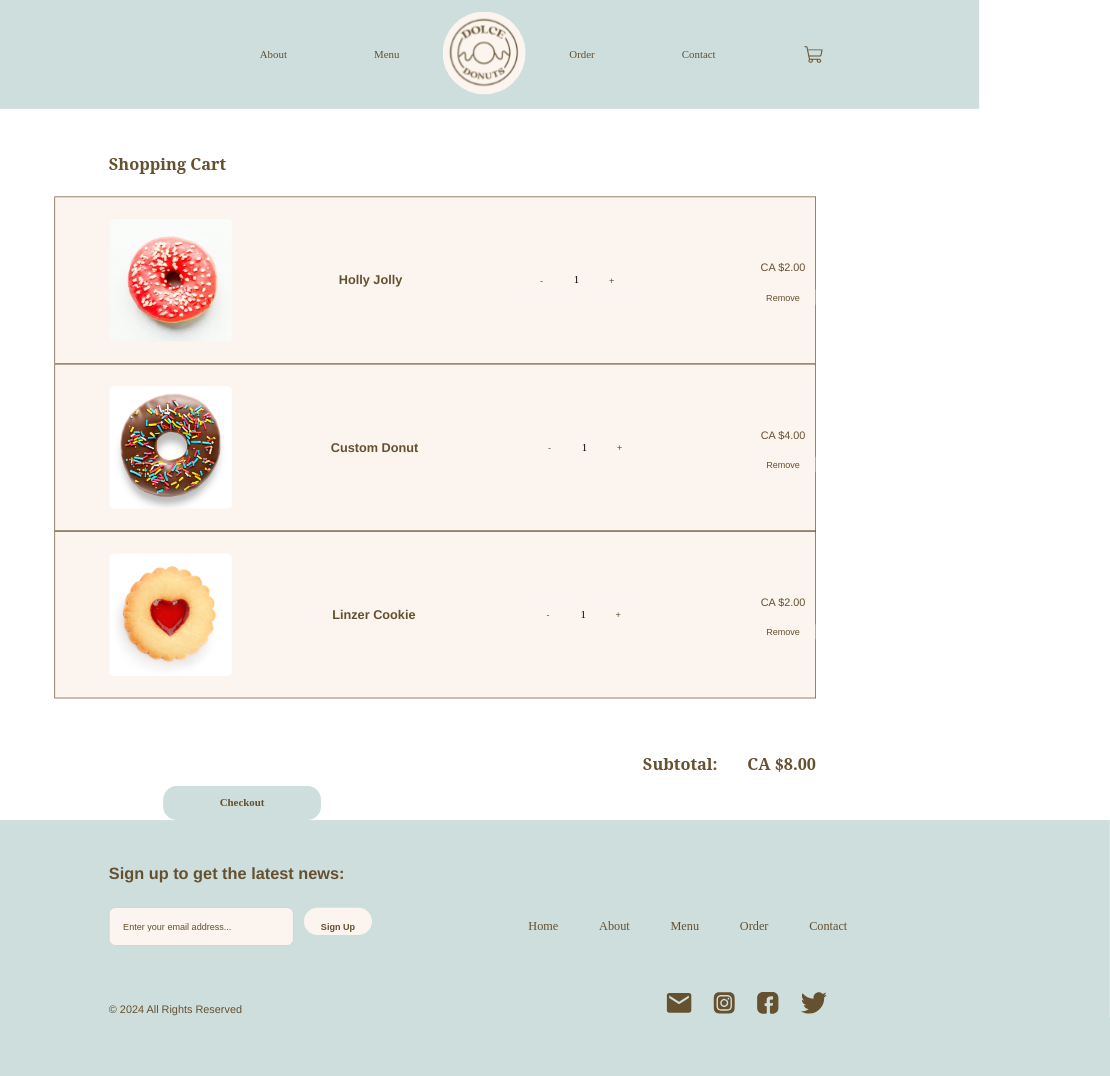
Repository: Crystalhtc/dolcedonuts
Page: /cart
An editor plug-in stored every save of this project. The page is shown before and after a run of saves, followed by the edit.
The browser window is 1280 px wide. The page is 1632 px wide, so the pictures cover 1632 px, including what lies to the right of the window. The pictures show the whole page, at 68% of full size.
The project was rebuilt for these pictures with package versions that can differ from the ones it lists, and the page was loaded fresh each time. Also part of the build but not shown: vite.config.js, src/pages/Home.module.css, src/components/ProductCard/ProductCard.jsx, src/Data/products.js, src/pages/Order.css, src/pages/Menu.jsx, src/pages/Order.jsx, src/pages/Contact.module.css and 17 more.

Above is the page before, as saved 2024-10-21 05:48:41.

After the next 2 saves:
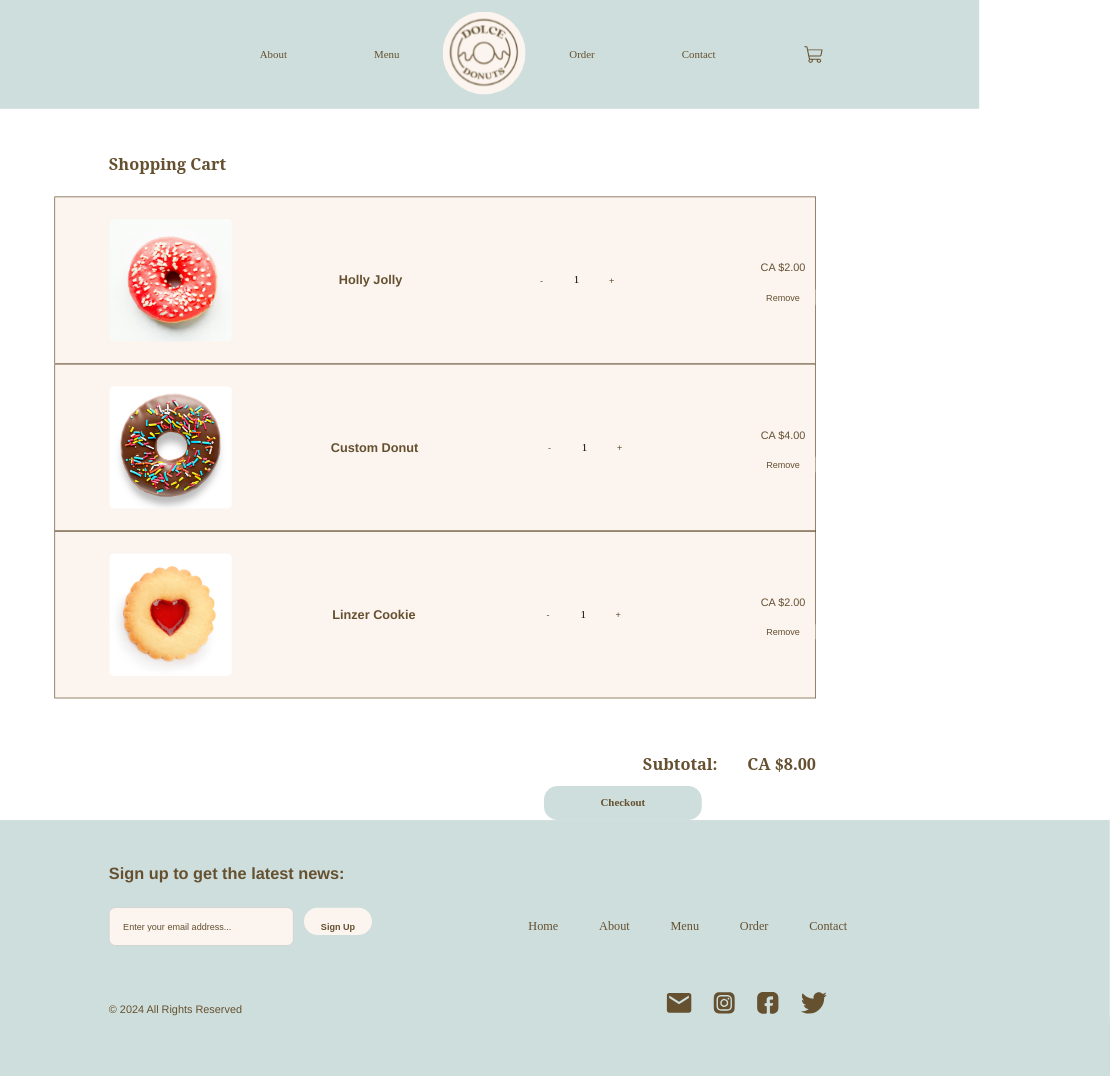
The 2 saves are shown as one change because they came seconds apart.
The last was saved 8 s later.
--- a/src/pages/Cart.module.css
+++ b/src/pages/Cart.module.css
@@ -43,5 +43,5 @@
 }
 
 .checkoutBtn {
-    margin-left: 15rem;
+    margin-left: 50rem;
 }
